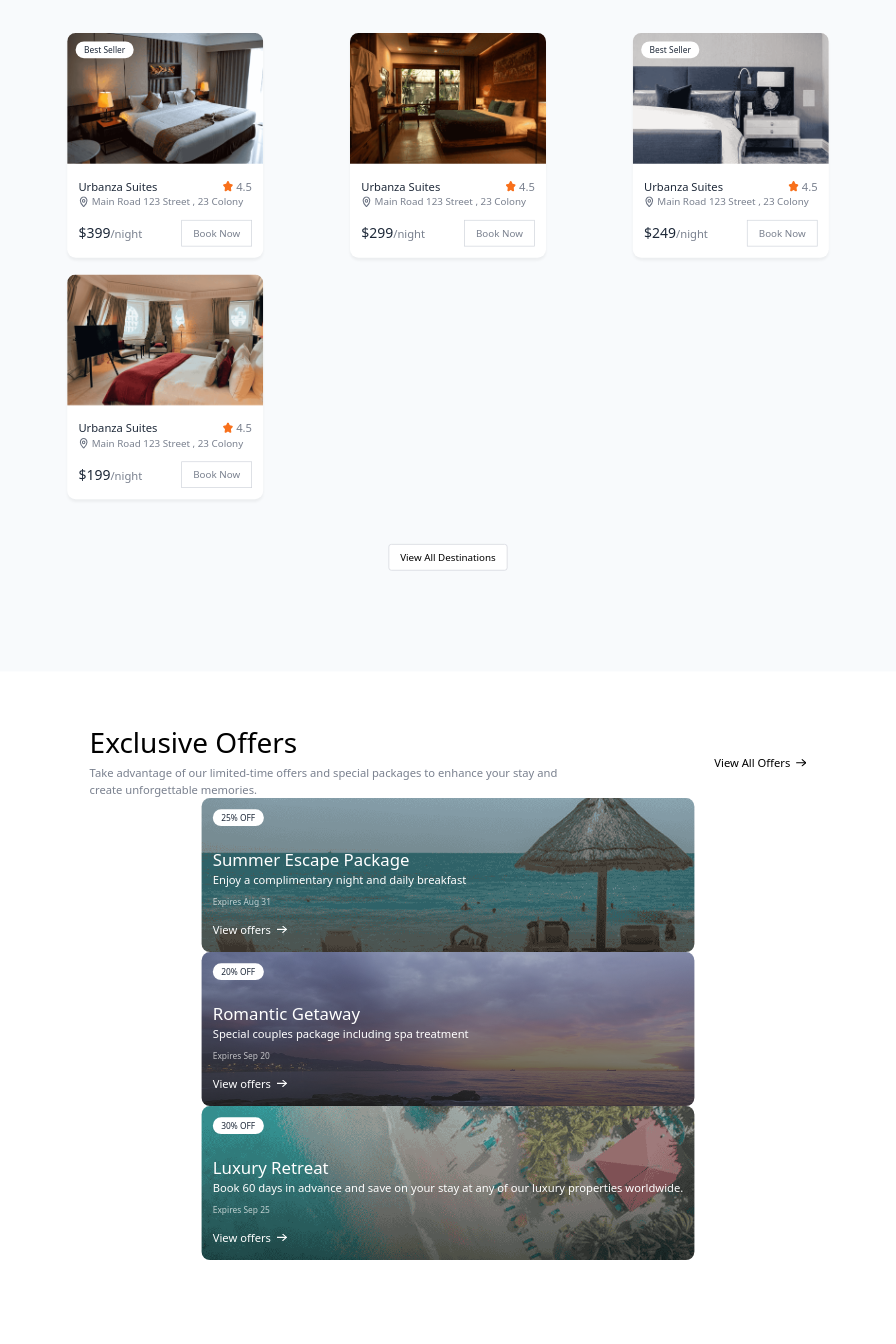
Repository: Ponn-Star/My-App
Page: / (app in FrontEnd/)
These files come from the project's save history. The page is drawn as it stood at one moment and after the next save; the edit follows.
The browser window is 1280 px wide. The pictures show the part of the page from y = 933 to 2853 px (the page is 2853 px tall before and 2509 px after), at 70% of full size.
The project was rebuilt for these pictures with package versions that can differ from the ones it lists, and the page was loaded fresh each time. Also part of the build but not shown: FrontEnd/vite.config.js, FrontEnd/src/assets/assets.js.

Above is the page before, as saved 2025-05-08 23:15:47.

After the next save:
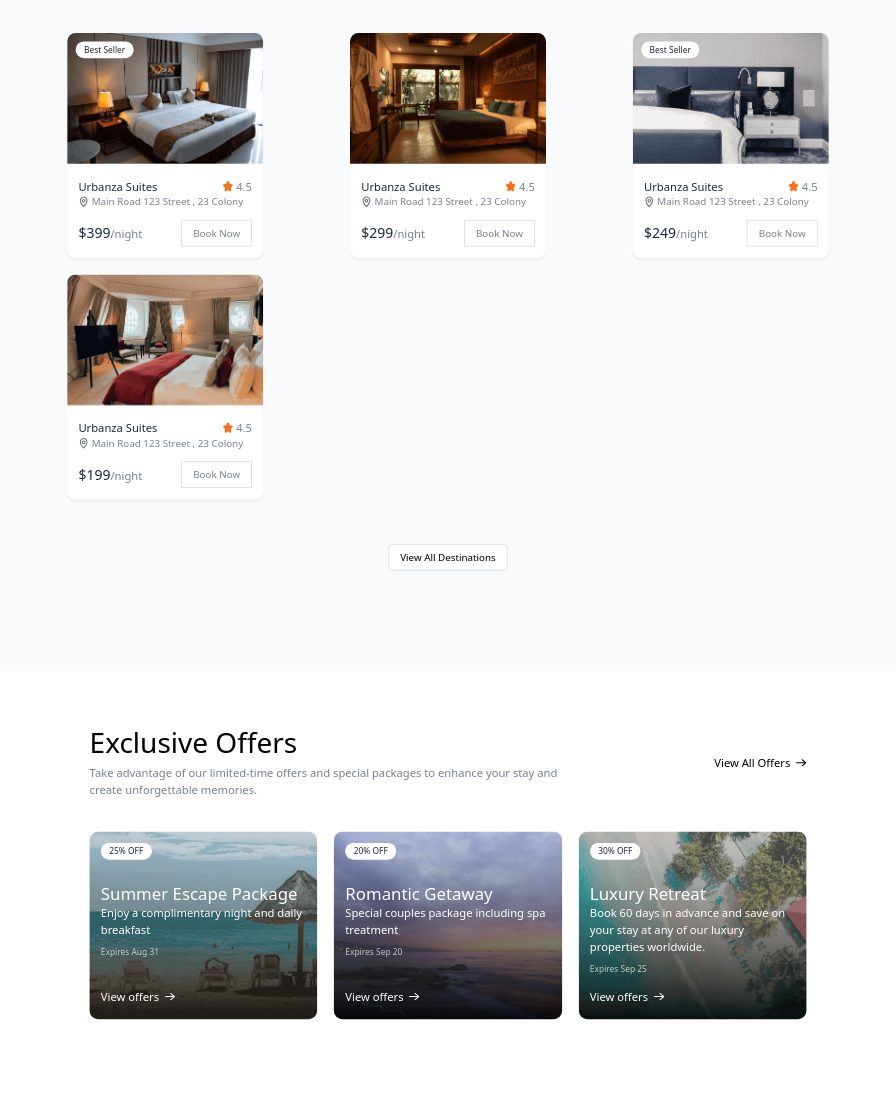
Saved 8 s later.
--- a/FrontEnd/src/components/ExclusiveOffers.jsx
+++ b/FrontEnd/src/components/ExclusiveOffers.jsx
@@ -14,7 +14,7 @@ const ExclusiveOffers = () => {
         </button>
       </div>
 
-      <div >
+      <div className='grid grid-cols-1 md:grid-cols-2 lg:grid-cols-3 gap-6 mt-12'>
         {exclusiveOffers.map((item) => (
             <div key={item._id} className='group relative flex flex-col items-start justify-between gap-1 pt-12 md:pt-18 px-4 rounded-xl text-white bg-no-repeat bg-cover bg-center'
             style={{ backgroundImage: `url(${item.image})` }}>
